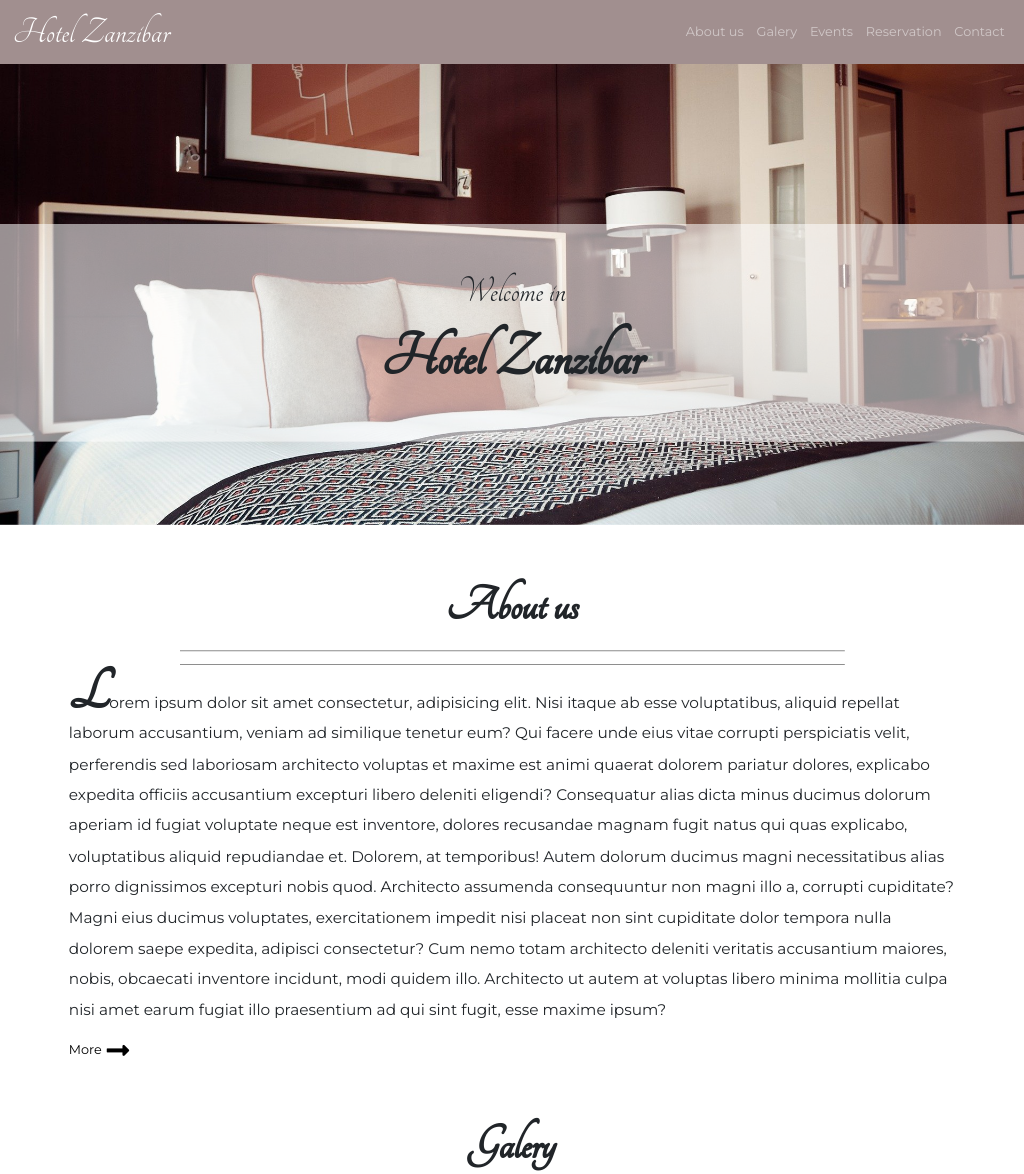
Repository: Ulaa93/Hotel-Zanzibar
Page: index.html
An editor plug-in stored every save of this project. The page is shown before and after the next save, followed by the edit.
The browser window is 1280 px wide. The pictures show the part of the page from y = 0 to 1468 px (the page is 2932 px tall before and 2900 px after), at 80% of full size.
A picture or video elsewhere on the page could not be fetched, so the positions and the page height are approximate.

Above is the page before, as saved 2020-01-29 11:16:34.

### index.html
<!DOCTYPE html>
<html lang="en">
  <head>
    <meta charset="UTF-8" />
    <meta name="viewport" content="width=device-width, initial-scale=1.0" />
    <meta http-equiv="X-UA-Compatible" content="ie=edge" />
    <title>Hotel Zanzibar</title>
    <link rel="icon" href="./ikona.ico" />
    <link
      href="https://fonts.googleapis.com/css?family=Montserrat|Tangerine&display=swap"
      rel="stylesheet"
    />
    <link href="./fontawesome-free-5.12.0-web/css/all.css" rel="stylesheet" />
    <link
      rel="stylesheet"
      href="https://stackpath.bootstrapcdn.com/bootstrap/4.4.1/css/bootstrap.min.css"
      integrity="sha384-Vkoo8x4CGsO3+Hhxv8T/Q5PaXtkKtu6ug5TOeNV6gBiFeWPGFN9MuhOf23Q9Ifjh"
      crossorigin="anonymous"
    />
    <link rel="stylesheet" href="style.css" />
    <script src="https://unpkg.com/scrollreveal"></script>
  </head>
  <body>
    <nav class="navbar sticky-top navbar-expand-lg navbar-dark">
      <a class="navbar-brand hotel-zanzibar" href="./index.html"
        >Hotel Zanzibar</a
      >
      <button
        class="navbar-toggler"
        type="button"
        data-toggle="collapse"
        data-target="#navbarNavDropdown"
        aria-controls="navbarNavDropdown"
        aria-expanded="false"
        aria-label="Toggle navigation"
      >
        <span class="navbar-toggler-icon"></span>
      </button>
      <div
        class="collapse navbar-collapse w-100 order-3 dual-collapse2"
        id="navbarNavDropdown"
      >
        <ul class="navbar-nav ml-auto">
          <li class="nav-item ">
            <a class="nav-link" href="./about-us.html">About us </a>
          </li>
          <li class="nav-item">
            <a class="nav-link" href="./galery.html">Galery</a>
          </li>
          <li class="nav-item">
            <a class="nav-link" href="./events.html">Events</a>
          </li>
          <li class="nav-item">
            <a class="nav-link" href="./reservation.html">Reservation</a>
          </li>
          <li class="nav-item">
            <a class="nav-link" href="./contact.html">Contact</a>
          </li>
        </ul>
      </div>
    </nav>
    <section class="hotel-main">
      <div class="welcome">
        <span>Welcome in</span>
        <h1>Hotel Zanzibar</h1>
      </div>
    </section>
    <section class="hotel-about container p-3">
      <h2>About us</h2>
      <hr />
      <hr />
      <div></div>
      <p>
        Lorem ipsum dolor sit amet consectetur, adipisicing elit. Nisi itaque ab
        esse voluptatibus, aliquid repellat laborum accusantium, veniam ad
        similique tenetur eum? Qui facere unde eius vitae corrupti perspiciatis
        velit, perferendis sed laboriosam architecto voluptas et maxime est
        animi quaerat dolorem pariatur dolores, explicabo expedita officiis
        accusantium excepturi libero deleniti eligendi? Consequatur alias dicta
        minus ducimus dolorum aperiam id fugiat voluptate neque est inventore,
        dolores recusandae magnam fugit natus qui quas explicabo, voluptatibus
        aliquid repudiandae et. Dolorem, at temporibus! Autem dolorum ducimus
        magni necessitatibus alias porro dignissimos excepturi nobis quod.
        Architecto assumenda consequuntur non magni illo a, corrupti cupiditate?
        Magni eius ducimus voluptates, exercitationem impedit nisi placeat non
        sint cupiditate dolor tempora nulla dolorem saepe expedita, adipisci
        consectetur? Cum nemo totam architecto deleniti veritatis accusantium
        maiores, nobis, obcaecati inventore incidunt, modi quidem illo.
        Architecto ut autem at voluptas libero minima mollitia culpa nisi amet
        earum fugiat illo praesentium ad qui sint fugit, esse maxime ipsum?
      </p>
      <div class="more">
        <a href="./about-us.html"
          >More<i class="fas fa-long-arrow-alt-right"></i>
        </a>
      </div>
    </section>
    <section class="galery container p-5">
      <h2>Galery</h2>
      <hr />
      <hr />
      <div
        id="carouselExampleCaptions"
        class="carousel slide"
        data-ride="carousel"
      >
        <ol class="carousel-indicators">
          <li
            data-target="#carouselExampleCaptions"
            data-slide-to="0"
            class="active"
          ></li>
          <li data-target="#carouselExampleCaptions" data-slide-to="1"></li>
          <li data-target="#carouselExampleCaptions" data-slide-to="2"></li>
          <li data-target="#carouselExampleCaptions" data-slide-to="3"></li>
          <li data-target="#carouselExampleCaptions" data-slide-to="4"></li>
          <li data-target="#carouselExampleCaptions" data-slide-to="5"></li>
        </ol>
        <div class="carousel-inner">
          <div class="carousel-item active">
            <img
              src="./img/rooms/hotelroom-2205447_1280.jpg"
              class="d-block w-100"
            />
          </div>
          <div class="carousel-item">
            <img
              src="./img/rooms/bedroom-1285156_1280.jpg"
              class="d-block w-100"
            />
          </div>
          <div class="carousel-item">
            <img
              src="./img/rooms/hotel-1330841_1280.jpg"
              class="d-block w-100"
            />
          </div>
          <div class="carousel-item">
            <img
              src="./img/rooms/hotel-4416515_1920.jpg"
              class="d-block w-100"
            />
          </div>
          <div class="carousel-item">
            <img
              src="./img/rooms/hotel-1749602_1280.jpg"
              class="d-block w-100"
            />
          </div>
          <div class="carousel-item">
            <img
              src="./img/rooms/hotel-room-1447201_1920.jpg"
              class="d-block w-100"
            />
          </div>
        </div>
        <a
          class="carousel-control-prev"
          href="#carouselExampleCaptions"
          role="button"
          data-slide="prev"
        >
          <span class="carousel-control-prev-icon" aria-hidden="true"></span>
          <span class="sr-only">Previous</span>
        </a>
        <a
          class="carousel-control-next"
          href="#carouselExampleCaptions"
          role="button"
          data-slide="next"
        >
          <span class="carousel-control-next-icon" aria-hidden="true"></span>
          <span class="sr-only">Next</span>
        </a>
      </div>
    </section>
    <section class="container p-3 contact">
      <h2>Contact</h2>
      <hr />
      <hr />
      <div class="row">
        <div class="col-sm-6">
          <div class="card">
            <div class="card-body">
              <div class="mapouter">
                <div class="gmap_canvas">
                  <iframe
                    width="500"
                    height="300"
                    id="gmap_canvas"
                    src="https://maps.google.com/maps?q=Muzammil%20Centre%2C%20Malawi%20Rd%2C%20Zanzibar%2C%20Tanzania&t=&z=13&ie=UTF8&iwloc=&output=embed"
                    frameborder="0"
                    scrolling="no"
                    marginheight="0"
                    marginwidth="0"
                  ></iframe
                  ><a href="https://www.embedgooglemap.net"
                    >embedgooglemap.net</a
                  >
                </div>
                <style>
                  .mapouter {
                    position: relative;
                    text-align: right;
                    height: 300px;
                    width: 500px;
                  }
                  .gmap_canvas {
                    overflow: hidden;
                    background: none !important;
                    height: 300px;
                    width: 500px;
                  }
                </style>
              </div>
            </div>
          </div>
        </div>
        <div class="col-sm-6 ">
          <div class="card ">
            <div class="card-body contact-info">
              <div class="card-body">
                <i class="fas fa-phone"></i>
                phone: <strong>012 345 678</strong>
              </div>
              <div class="card-body">
                <i class="fas fa-envelope"></i>
                mail: <strong>example@example.com</strong>
              </div>
              <div class="card-body">
                <i class="fas fa-map-marker-alt"></i>
                adress:<strong>Neyrere, Zanzibar</strong>
              </div>
            </div>
          </div>
        </div>
      </div>
    </section>
    <footer>
      <div>Copyright &copy; Urszula Kosior 2020</div>
    </footer>
    <script
      src="https://code.jquery.com/jquery-3.4.1.slim.min.js"
      integrity="sha384-J6qa4849blE2+poT4WnyKhv5vZF5SrPo0iEjwBvKU7imGFAV0wwj1yYfoRSJoZ+n"
      crossorigin="anonymous"
    ></script>
    <script
      src="https://cdn.jsdelivr.net/npm/popper.js@1.16.0/dist/umd/popper.min.js"
      integrity="sha384-Q6E9RHvbIyZFJoft+2mJbHaEWldlvI9IOYy5n3zV9zzTtmI3UksdQRVvoxMfooAo"
      crossorigin="anonymous"
    ></script>
    <script
      src="https://stackpath.bootstrapcdn.com/bootstrap/4.4.1/js/bootstrap.min.js"
      integrity="sha384-wfSDF2E50Y2D1uUdj0O3uMBJnjuUD4Ih7YwaYd1iqfktj0Uod8GCExl3Og8ifwB6"
      crossorigin="anonymous"
    ></script>
    <script src="./script.js"></script>
  </body>
</html>

### style.css
* {
  padding: 0;
  margin: 0;
  font-family: 'Montserrat', sans-serif;
}
.navbar {
  height: 80px;
  background-color: rgba(124, 98, 98, 0.712);
}
.hotel-zanzibar {
  font-size: 3em;
  font-family: 'Tangerine', cursive;
}
.hotel-main {
  background-image: url(./img/rooms/hotel-room-1447201_1920.jpg);
  width: 100%;
  height: 80vh;
  background-size: cover;
  background-position: center;
  display: flex;
  flex-direction: column;
  padding: 200px 0;
  margin-bottom: 48px;
}
.welcome {
  background-color: rgba(255, 255, 255, 0.555);
  padding: 3em;
  text-align: center;
}
.welcome span {
  font-size: 3em;
  font-family: 'Tangerine', cursive;
}
.welcome h1 {
  font-size: 5em;
  font-family: 'Tangerine', cursive;
  font-weight: 600;
}
h2 {
  text-align: center;
  font-size: 4em;
  font-weight: 600;
  font-family: 'Tangerine', cursive;
}
section p {
  font-size: 1.2em;
  line-height: 2em;
}
section p::first-letter {
  font-size: 4em;
  font-weight: 600;
  font-family: 'Tangerine', cursive;
}
hr {
  margin: 16px auto;
  width: 75%;
  background-color: gray;
}
.back i,
.more i {
  font-size: 2em;
  margin: 0 0.2em;
  vertical-align: middle;
}
.back {
  font-size: 1.2em;
  vertical-align: middle;
  position: absolute;
  top: 7em;
  left: 15em;
}
.back a,
.more a {
  color: black;
  text-decoration: none;
}
.back a:hover {
  font-size: 1.1em;
}
footer {
  text-align: center;
  color: white;
  background-color: rgba(124, 98, 98, 0.712);
  height: 80px;
  line-height: 80px;
  font-size: 1.2em;
}
.contact .row {
  align-items: center;
}
.contact i {
  margin-right: 1em;
  animation: shake 1s;
  animation-iteration-count: infinite;
}
.contact-info {
  height: 340px;
  display: flex;
  flex-direction: column;
  justify-items: center;
  align-items: center;
}
.contact-info div {
  transition: 0.5s;
}
.contact-info div:hover {
  transform: scale(1.1);
}
@keyframes shake {
  0% {
    transform: scale(1);
  }
  50% {
    transform: scale(1.5);
  }
  100% {
    transform: scale(1);
  }
}
h3 {
  text-align: center;
}

### script.js

const nodeArray = [
    document.querySelector('.hotel-main'),
    document.querySelector('.hotel-about'),
    document.querySelector('.galery'),
    document.querySelector('.contact')
];

ScrollReveal().reveal(nodeArray, {
  delay: 275,
  duration: 1000,
  rotate: { x: 10, y: 50, z: 0 },
  reset: true
});

Loaded but not shown: fontawesome-free-5.12.0-web/css/all.css (library)

After the next save:
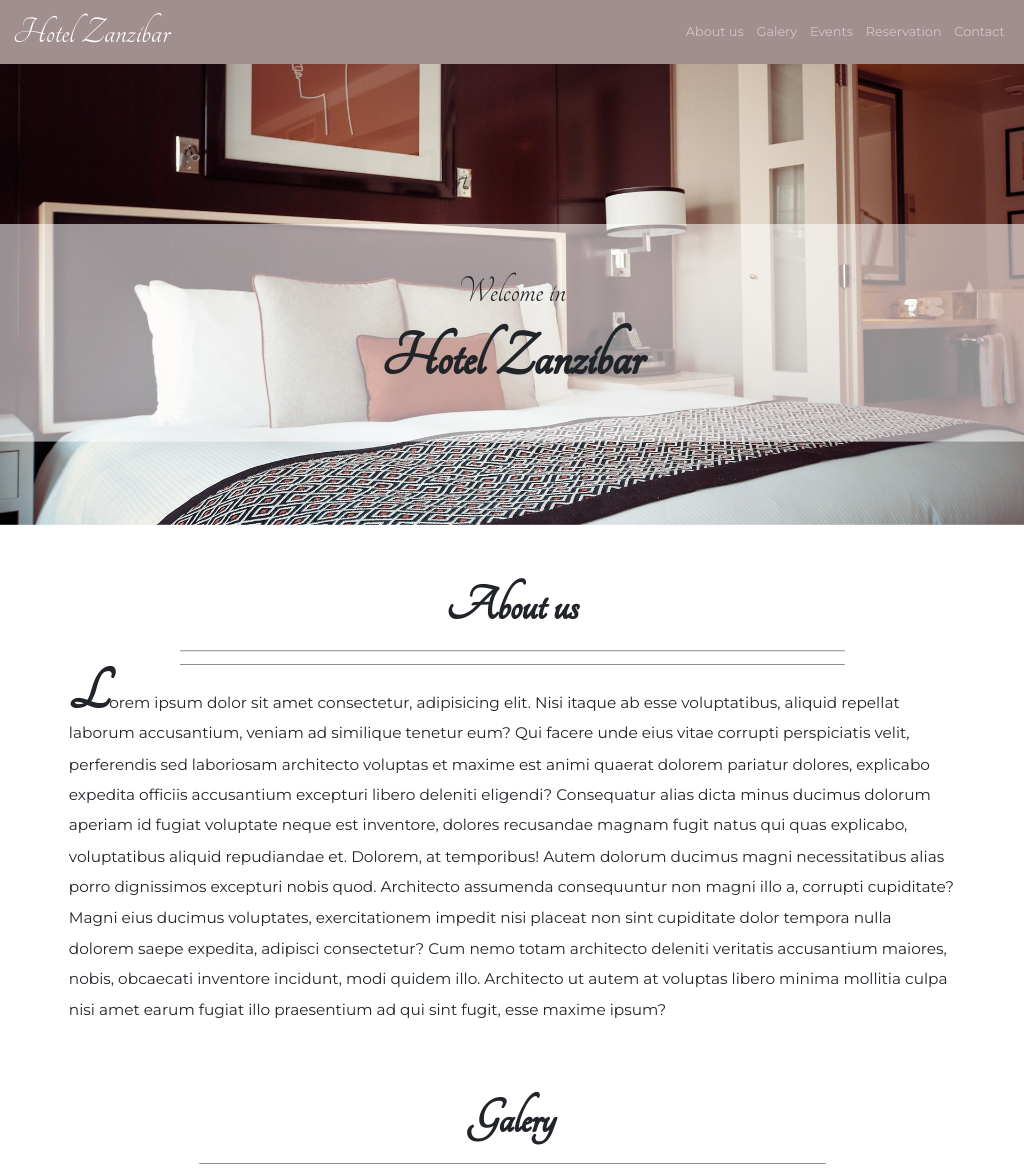
Saved 36 s later.
--- a/index.html
+++ b/index.html
@@ -89,11 +89,11 @@
         Architecto ut autem at voluptas libero minima mollitia culpa nisi amet
         earum fugiat illo praesentium ad qui sint fugit, esse maxime ipsum?
       </p>
-      <div class="more">
+      <!-- <div class="more">
         <a href="./about-us.html"
           >More<i class="fas fa-long-arrow-alt-right"></i>
         </a>
-      </div>
+      </div> -->
     </section>
     <section class="galery container p-5">
       <h2>Galery</h2>
